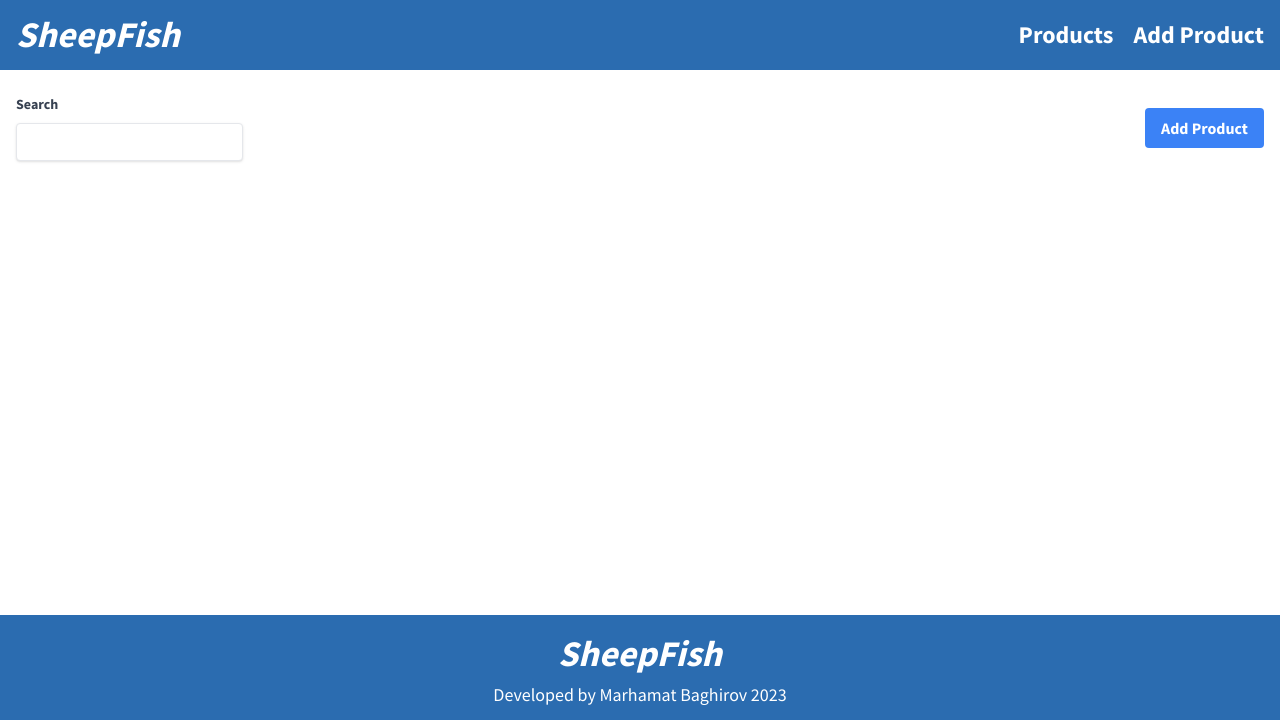
Repository: Marhamat92/sheep-fish-task
Page: /
An editor plug-in stored every save of this project. The page is shown before and after the next save, followed by the edit.
The browser window is 1280 px wide. The pictures show the whole page.
The project was rebuilt for these pictures with package versions that can differ from the ones it lists, and the page was loaded fresh each time. Also part of the build but not shown: src/App.css.

Above is the page before, as saved 2023-03-28 13:30:23.

### public/index.html
<!DOCTYPE html>
<html lang="en">

<head>
  <meta charset="utf-8" />
  <link rel="icon" href="%PUBLIC_URL%/favicon.ico" />
  <meta name="viewport" content="width=device-width, initial-scale=1" />
  <meta name="theme-color" content="#000000" />
  <meta name="description" content="Web site created using create-react-app" />
  <link rel="apple-touch-icon" href="%PUBLIC_URL%/logo192.png" />
  <link rel="preconnect" href="https://fonts.googleapis.com">
  <link rel="preconnect" href="https://fonts.gstatic.com" crossorigin>
  <link href="https://fonts.googleapis.com/css2?family=Source+Sans+Pro:wght@200;300;400;600;700;900&display=swap"
    rel="stylesheet">
  <!--
      manifest.json provides metadata used when your web app is installed on a
      user's mobile device or desktop. See https://developers.google.com/web/fundamentals/web-app-manifest/
    -->
  <link rel="manifest" href="%PUBLIC_URL%/manifest.json" />
  <!--
      Notice the use of %PUBLIC_URL% in the tags above.
      It will be replaced with the URL of the `public` folder during the build.
      Only files inside the `public` folder can be referenced from the HTML.

      Unlike "/favicon.ico" or "favicon.ico", "%PUBLIC_URL%/favicon.ico" will
      work correctly both with client-side routing and a non-root public URL.
      Learn how to configure a non-root public URL by running `npm run build`.
    -->
  <title>SheepFish</title>
</head>

<body>
  <noscript>You need to enable JavaScript to run this app.</noscript>
  <div id="root"></div>
  <!--
      This HTML file is a template.
      If you open it directly in the browser, you will see an empty page.

      You can add webfonts, meta tags, or analytics to this file.
      The build step will place the bundled scripts into the <body> tag.

      To begin the development, run `npm start` or `yarn start`.
      To create a production bundle, use `npm run build` or `yarn build`.
    -->
</body>

</html>

### src/index.css
@tailwind base;
@tailwind components;
@tailwind utilities;


body {
  font-family: 'Source Sans Pro', sans-serif;
}

code {
  font-family: 'Source Sans Pro', sans-serif;
}

### src/App.tsx
import React from "react";
import logo from "./logo.svg";
import "./App.css";
import Header from "./components/Header";
import Layout from "./Layout/Layout";
import BaseRouter from "./routes";

function App() {
  return (
    <div>
      <Layout>
        <BaseRouter />
      </Layout>
    </div>
  );
}

export default App;

### src/Layout/Layout.tsx
import React from "react";
import Header from "../components/Header";
import Footer from "../components/Footer";

type Props = {
  children: React.ReactNode;
};

const Layout = ({ children }: Props) => {
  return (
    <div>
      <Header />
      {children}
      <Footer />
    </div>
  );
};

export default Layout;

### src/routes.js
import { Route, Routes } from "react-router-dom";
import React from "react";
import ProductList from "./pages/Products/ProductList";
import AddProduct from "./pages/Products/AddProduct";

const BaseRouter = () => (
  <Routes>
    <Route exact path="/" element={
      <ProductList />
    } />
    <Route exact path="/products"
      element={
        <ProductList />
      }
    />
    <Route exact path="/products/add" element={
      <AddProduct />
    } />
  </Routes>
);

export default BaseRouter;

### src/components/Header.tsx
import React, { useEffect, useState } from "react";
import { Link } from "react-router-dom";
import { BiMenu } from "react-icons/bi";

type Props = {};

const Header = (props: Props) => {
  const [mobileMenu, setMobileMenu] = useState(false);
  const [showMobileMenu, setShowMobileMenu] = useState(false);

  const checkScreenSize = () => {
    if (window.innerWidth <= 768) {
      setMobileMenu(true);
    } else {
      setMobileMenu(false);
      setShowMobileMenu(false);
    }
  };

  useEffect(() => {
    checkScreenSize();
    window.addEventListener("resize", checkScreenSize);
    return () => {
      window.removeEventListener("resize", checkScreenSize);
    };
  }, [mobileMenu]);

  return (
    <div className=' bg-mainPrimary '>
      <div className='container flex flex-row justify-between items-center py-2'>
        <div>
          <h1
            className='
            text-4xl font-bold text-white italic
          '
          >
            SheepFish
          </h1>
        </div>
        {mobileMenu ? (
          <BiMenu
            onClick={() => {
              setShowMobileMenu(true);
            }}
            className='text-3xl text-white'
          />
        ) : (
          <div className='flex flex-row justify-between space-x-5'>
            <Link to='/products'>
              <div
                className='text-2xl font-bold text-white hover:underline transition-all duration-300
          cursor-pointer'
              >
                Products
              </div>
            </Link>
            <Link to='/products/add'>
              <div className='text-2xl font-bold text-white hover:underline transition-all duration-300 cursor-pointer'>
                Add Product
              </div>
            </Link>
          </div>
        )}
        {showMobileMenu && (
          <div className='bg-mainTertiary h-screen absolute top-0 left-0 right-0 '>
            <div className='flex flex-col justify-center items-center'>
              <div className='text-2xl font-bold text-white hover:underline transition-all duration-300 cursor-pointer'>
                Products
              </div>
              <div className='text-2xl font-bold text-white hover:underline transition-all duration-300 cursor-pointer'>
                Add Product
              </div>
            </div>
          </div>
        )}
      </div>
    </div>
  );
};

export default Header;

### src/components/Footer.tsx
import React from "react";

type Props = {};

const Footer = ({}: Props) => {
  return (
    <div className='bg-mainPrimary py-3 absolute bottom-0 w-full'>
      <div className='container mx-auto flex flex-col items-center justify-center'>
        <h1 className='text-4xl font-bold text-white italic text-center'>
          SheepFish
        </h1>
        <p className='text-white font-regular text-lg text-center'>
          Developed by Marhamat Baghirov {new Date().getFullYear()}
        </p>
      </div>
    </div>
  );
};

export default Footer;

### src/pages/Products/ProductList.tsx
import React from "react";
import SearchField from "../../components/SearchField";

type Props = {};

function ProductList({}: Props) {
  return (
    <div className='container mt-6'>
      <div className='flex justify-between items-center'>
        <div>
          <SearchField />
        </div>
        <div>
          <button className='bg-blue-500 hover:bg-blue-700 text-white font-bold py-2 px-4 rounded'>
            Add Product
          </button>
        </div>
      </div>
    </div>
  );
}

export default ProductList;

### src/components/SearchField.tsx
import React from "react";

type Props = {};

const SearchField = (props: Props) => {
  return (
    <div>
      <label
        className='block text-gray-700 text-sm font-bold mb-2'
        htmlFor='search'
      >
        Search
      </label>

      <input
        type='text'
        name='search'
        id='search'
        className='shadow appearance-none border rounded w-full py-2 px-3 text-gray-700 leading-tight focus:outline-none focus:shadow-outline'
      />
    </div>
  );
};

export default SearchField;

### tailwind.config.js
/** @type {import('tailwindcss').Config} */
module.exports = {
  content: ["./src/**/*.{js,jsx,ts,tsx}",],
  theme: {
    extend: {
      colors: {
        "textPrimary": "#1a202c",
        "textSecondary": "#2d3748",
        "textTertiary": "#4a5568",
        "mainPrimary": "#2b6cb0",
        "mainSecondary": "#4299e1",
        "mainTertiary": "#63b3ed",
        "success": "#48bb78",
        "danger": "#e53e3e",
        "warning": "#dd6b20",
        "info": "#3182ce",
        "light": "#f7fafc",
        "dark": "#1a202c",
        "white": "#fff",
        "black": "#000",
        //close this
      },
      fontFamily: {
        sans: ["Roboto", "sans-serif"],
      },
      fontSize: {
        "xs": ".75rem",
        "sm": ".875rem",
        "tiny": ".875rem",
        "base": "1rem",
        "lg": "1.125rem",
        "xl": "1.25rem",
        "2xl": "1.5rem",
        "3xl": "1.875rem",
        "4xl": "2.25rem",
        "5xl": "3rem",
        "6xl": "4rem",
        "7xl": "5rem",
        "8xl": "6rem",
        "9xl": "7rem",
        "10xl": "8rem",
      },
      spacing: {
        "0": "0",
        "1": "0.25rem",
        "2": "0.5rem",
        "3": "0.75rem",
        "4": "1rem",
        "5": "1.25rem",
        "6": "1.5rem",
        "8": "2rem",
      },
      boxShadow: {
        "xs": "0 0 0 1px rgba(0, 0, 0, 0.05)",
        "sm": "0 1px 2px 0 rgba(0, 0, 0, 0.05)",
        "default": "0 1px 3px 0 rgba(0, 0, 0, 0.1), 0 1px 2px 0 rgba(0, 0, 0, 0.06)",
        "md": "0 4px 6px -1px rgba(0, 0, 0, 0.1), 0 2px 4px -1px rgba(0, 0, 0, 0.06)",
        "lg": "0 10px 15px -3px rgba(0, 0, 0, 0.1), 0 4px 6px -2px rgba(0, 0, 0, 0.05)",
        "xl": "0 20px 25px -5px rgba(0, 0, 0, 0.1), 0 10px 10px -5px rgba(0, 0, 0, 0.04)",
        "2xl": "0 25px 50px -12px rgba(0, 0, 0, 0.25)",
      },
      screens: {
        "xs": "320px",
        "sm": "640px",
        "md": "768px",
        "lg": "1024px",
        "xl": "1280px",
        "2xl": "1536px",
      },

      container: {
        center: true,
        padding: "1rem",
      },

    },
    plugins: [




    ],
  }
}

Loaded but not shown: src/index.tsx (common file); src/reportWebVitals.ts (common file); src/pages/Products/AddProduct.tsx (no stored copy; drawn as an empty file)

After the next save:
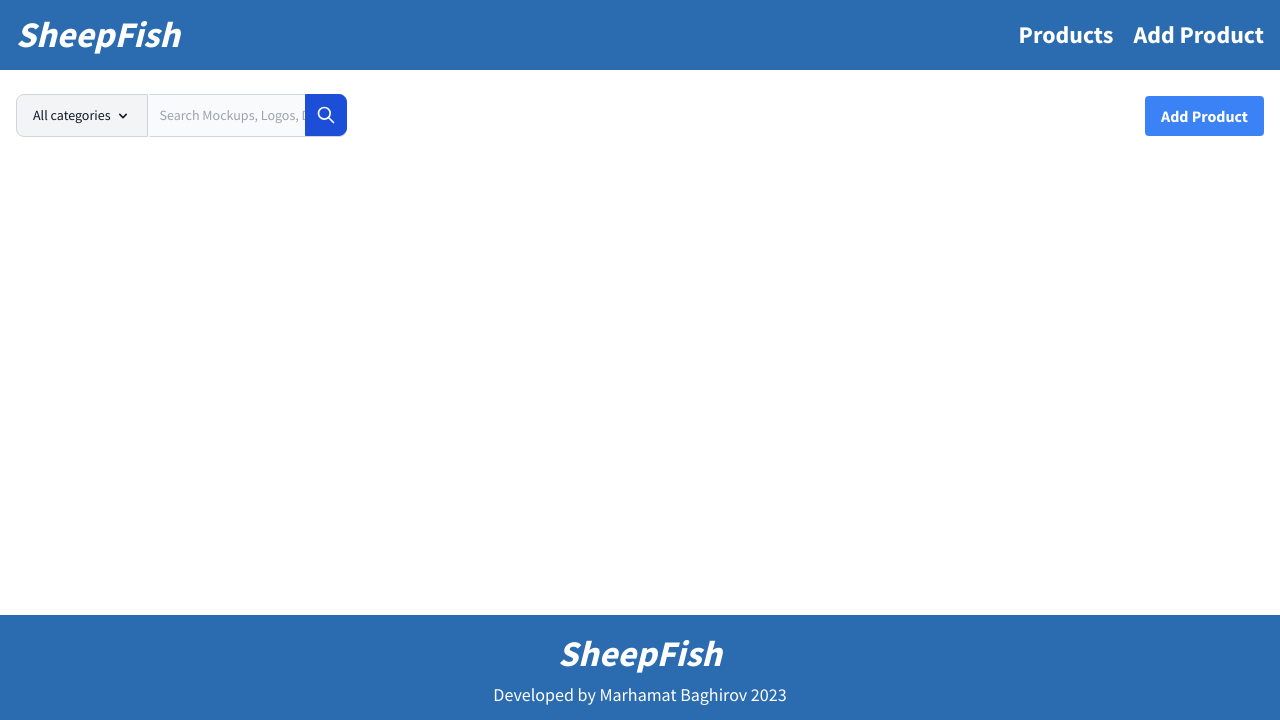
Saved 4 min 44 s later.
--- a/src/components/SearchField.tsx
+++ b/src/components/SearchField.tsx
@@ -4,21 +4,109 @@
 
 const SearchField = (props: Props) => {
   return (
-    <div>
-      <label
-        className='block text-gray-700 text-sm font-bold mb-2'
-        htmlFor='search'
-      >
-        Search
-      </label>
-
-      <input
-        type='text'
-        name='search'
-        id='search'
-        className='shadow appearance-none border rounded w-full py-2 px-3 text-gray-700 leading-tight focus:outline-none focus:shadow-outline'
-      />
-    </div>
+    <form>
+      <div className='flex'>
+        <label
+          htmlFor='search-dropdown'
+          className='mb-2 text-sm font-medium text-gray-900 sr-only dark:text-white'
+        >
+          Your Email
+        </label>
+        <button
+          id='dropdown-button'
+          data-dropdown-toggle='dropdown'
+          className='flex-shrink-0 z-10 inline-flex items-center py-2.5 px-4 text-sm font-medium text-center text-gray-900 bg-gray-100 border border-gray-300 rounded-l-lg hover:bg-gray-200 focus:ring-4 focus:outline-none focus:ring-gray-100 dark:bg-gray-700 dark:hover:bg-gray-600 dark:focus:ring-gray-700 dark:text-white dark:border-gray-600'
+          type='button'
+        >
+          All categories{" "}
+          <svg
+            aria-hidden='true'
+            className='w-4 h-4 ml-1'
+            fill='currentColor'
+            viewBox='0 0 20 20'
+            xmlns='http://www.w3.org/2000/svg'
+          >
+            <path
+              fill-rule='evenodd'
+              d='M5.293 7.293a1 1 0 011.414 0L10 10.586l3.293-3.293a1 1 0 111.414 1.414l-4 4a1 1 0 01-1.414 0l-4-4a1 1 0 010-1.414z'
+              clip-rule='evenodd'
+            ></path>
+          </svg>
+        </button>
+        <div
+          id='dropdown'
+          className='z-10 hidden bg-white divide-y divide-gray-100 rounded-lg shadow w-44 dark:bg-gray-700'
+        >
+          <ul
+            className='py-2 text-sm text-gray-700 dark:text-gray-200'
+            aria-labelledby='dropdown-button'
+          >
+            <li>
+              <button
+                type='button'
+                className='inline-flex w-full px-4 py-2 hover:bg-gray-100 dark:hover:bg-gray-600 dark:hover:text-white'
+              >
+                Mockups
+              </button>
+            </li>
+            <li>
+              <button
+                type='button'
+                className='inline-flex w-full px-4 py-2 hover:bg-gray-100 dark:hover:bg-gray-600 dark:hover:text-white'
+              >
+                Templates
+              </button>
+            </li>
+            <li>
+              <button
+                type='button'
+                className='inline-flex w-full px-4 py-2 hover:bg-gray-100 dark:hover:bg-gray-600 dark:hover:text-white'
+              >
+                Design
+              </button>
+            </li>
+            <li>
+              <button
+                type='button'
+                className='inline-flex w-full px-4 py-2 hover:bg-gray-100 dark:hover:bg-gray-600 dark:hover:text-white'
+              >
+                Logos
+              </button>
+            </li>
+          </ul>
+        </div>
+        <div className='relative w-full'>
+          <input
+            type='search'
+            id='search-dropdown'
+            className='block p-2.5 w-full z-20 text-sm text-gray-900 bg-gray-50 rounded-r-lg border-l-gray-50 border-l-2 border border-gray-300 focus:ring-blue-500 focus:border-blue-500 dark:bg-gray-700 dark:border-l-gray-700  dark:border-gray-600 dark:placeholder-gray-400 dark:text-white dark:focus:border-blue-500'
+            placeholder='Search Mockups, Logos, Design Templates...'
+            required
+          />
+          <button
+            type='submit'
+            className='absolute top-0 right-0 p-2.5 text-sm font-medium text-white bg-blue-700 rounded-r-lg border border-blue-700 hover:bg-blue-800 focus:ring-4 focus:outline-none focus:ring-blue-300 dark:bg-blue-600 dark:hover:bg-blue-700 dark:focus:ring-blue-800'
+          >
+            <svg
+              aria-hidden='true'
+              className='w-5 h-5'
+              fill='none'
+              stroke='currentColor'
+              viewBox='0 0 24 24'
+              xmlns='http://www.w3.org/2000/svg'
+            >
+              <path
+                stroke-linecap='round'
+                stroke-linejoin='round'
+                stroke-width='2'
+                d='M21 21l-6-6m2-5a7 7 0 11-14 0 7 7 0 0114 0z'
+              ></path>
+            </svg>
+            <span className='sr-only'>Search</span>
+          </button>
+        </div>
+      </div>
+    </form>
   );
 };
 
